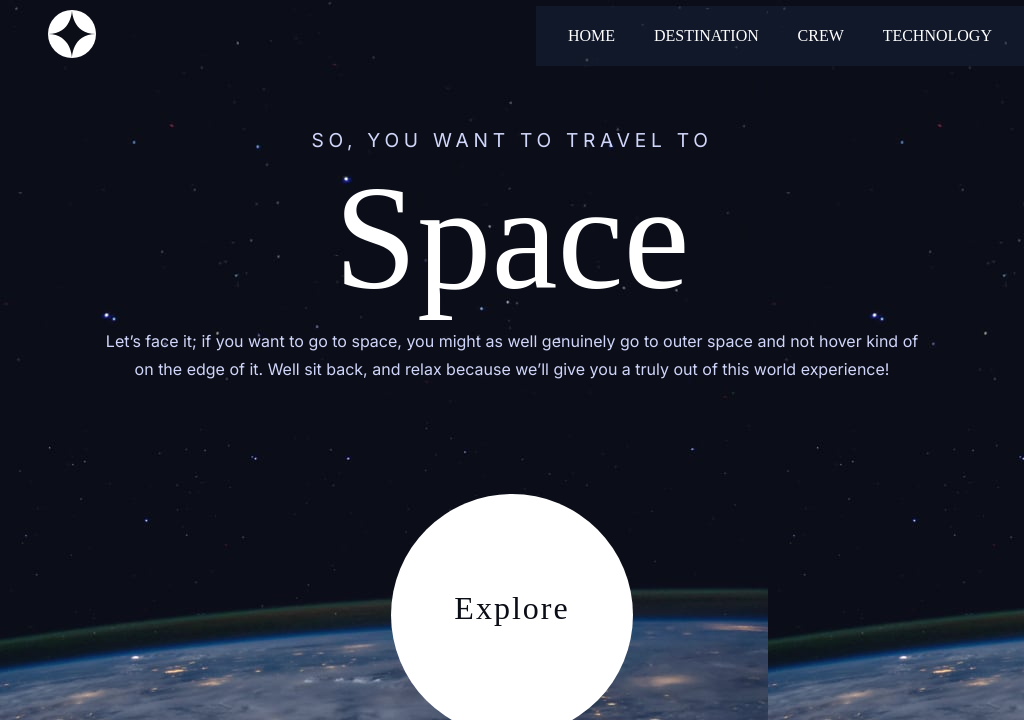
Repository: nilesjamex/space
Page: /
An editor plug-in stored every save of this project. The page is shown before and after the next save, followed by the edit.
The browser window is 1024 px wide. The pictures show the whole page.
Some web fonts or font styles are not loaded; a fallback is used. Some web libraries are served in a nearby version. The project was rebuilt for these pictures with package versions that can differ from the ones it lists, and the page was loaded fresh each time. The framework's server and built-in components were replaced by stand-ins that run in the browser. Also part of the build but not shown: next.config.js.

Above is the page before, as saved 2022-01-08 04:17:11.

### pages/_document.js
import Document, { Html, Head, Main, NextScript } from 'next/document'

class MyDocument extends Document {
  render() {
    return (
      <Html>
        <Head>
          <link rel="preconnect" href="https://fonts.googleapis.com" />
<link rel="preconnect" href="https://fonts.gstatic.com" crossOrigin />
<link href="https://fonts.googleapis.com/css2?family=Bellefair&display=swap" rel="stylesheet" />
        <link rel="preconnect" href="https://fonts.googleapis.com" />
<link rel="preconnect" href="https://fonts.gstatic.com" crossOrigin />
<link href="https://fonts.googleapis.com/css2?family=Barlow+Condensed:ital,wght@0,100;0,300;0,400;1,100&family=Inter&display=swap" rel="stylesheet" />
        </Head>
        <body>
          <Main />
          <NextScript />
        </body>
      </Html>
    )
  }
}

export default MyDocument

### pages/index.js
import Head from 'next/head';
import styles from '../styles/Home.module.css';
import Nav from "../Layout/Nav";
import Homee from './../Components/Home.js';

export default function Home() {
  return (
    <div className={styles.container}>
      <Head>
        <title>Create Next App</title>
        <meta name="description" content="Generated by create next app" />
        <link rel="icon" href="/favicon.ico" />
        <link rel="stylesheet" type="text/css" charset="UTF-8" href="https://cdnjs.cloudflare.com/ajax/libs/slick-carousel/1.6.0/slick.min.css" />
<link rel="stylesheet" type="text/css" href="https://cdnjs.cloudflare.com/ajax/libs/slick-carousel/1.6.0/slick-theme.min.css" />
      </Head>

      <main className={styles.main}>
       <Homee />
      </main>
    </div>
  )
}

### styles/globals.css
a {
  color: inherit;
  text-decoration: none;
}

*{
  margin: 0;
  padding: 0;
  box-sizing: border-box;
  max-width: 100%;
  max-height: 100vh;
  overflow-y: hidden;
}

li {
  list-style: none;
  cursor: pointer;
}

### styles/Home.module.css
.main {

}

### Layout/Nav.js
import React from 'react';
import styles from './nav.module.css';
import Link from 'next/link'

const Nav = ({children}) => {
    return (
       <div className={styles.navBody}>
        <nav className={styles.nav}>
         <div>
            <svg width="48" height="48" viewBox="0 0 48 48" fill="none" xmlns="http://www.w3.org/2000/svg">
<circle cx="24" cy="24" r="24" fill="white"/>
<path fillRule="evenodd" clipRule="evenodd" d="M24 0C24 0 24 24 0 24C23.5776 24.1714 24 48 24 48C24 48 24 24 48 24C24 24 24 0 24 0Z" fill="#0B0D17" />
</svg>
  </div>

<ul className={styles.ul}>
<li><Link href="/"> HOME </Link></li>
<li><Link href="/Destinations">DESTINATION </Link></li>
<li><Link href="/Crew">CREW</Link></li>
<li><Link href="/Technology">TECHNOLOGY</Link></li>
</ul>
        </nav>
      <div className={styles.mainBody}> {children} </div>
</div>
    )
}

export default Nav

### Components/Home.js
import React from 'react';
import Styles from './home.module.css';
import Nav from './../Layout/Nav';

const Home = () => {
    return (
        <div className={Styles.Homes} >
        <div className={Styles.nav}>
        <Nav />
        </div>
        <div>
        <div className={Styles.Home}>
        <div className={Styles.HomeText}>
            <h3 className={Styles.HomeTextsub}>So, you want to travel to </h3>
  <h1 className={Styles.HomeTextspace}>Space</h1>
  <h3 className={Styles.HomeTextsubs}>Let’s face it; if you want to go to space, you might as well genuinely go to
  outer space and not hover kind of on the edge of it. Well sit back, and relax
  because we’ll give you a truly out of this world experience! </h3>
  </div>
<div className={Styles.Explore}>
  <h2 className={Styles.ExploreText}>Explore</h2>
  </div>
  </div>
        </div>
        </div>
    )
}

export default Home

### Layout/nav.module.css
.nav {
    display: flex;
    justify-content: space-between;
    align-items: center;
    padding-left: 3rem;
    width: 100%;
    height: 10vh;

}

.ul {
    display: flex;
    width: 50%;
    justify-content: space-between;
    align-items: center;
    color: #fff;
    background-color: rgba(24, 36, 59, 0.5);
    height: 60px;
    padding: 0 2rem;

}

.navBody {
    height: 100%;
}

### Components/home.module.css
.Homes {
    background: url('../public/assets/home/background-home-desktop.jpg');
    background-size: cover;
    height: 100%;
}
.Home{
    display: flex;
    align-items: center;
    justify-content: space-around;
    height: 100vh;
    }
.HomeText {
    width: 40%;
}
.HomeTextsub {
    font-family: 'Barlow Condensed', sans-serif;
    font-family: 'Inter', sans-serif;
    font-style: normal;
    font-weight: normal;
    font-size: 1.9rem;
    line-height: 34px;
    letter-spacing: 4.725px;
    text-transform: uppercase;
    color: #D0D6F9;
}
.HomeTextspace {
    font-family: "Bellefair", serif;
    font-style: normal;
    font-weight: normal;
    font-size: 9.3rem;
    line-height: 172px;
    color: #FFFFFF;
    display: block;
    width: 80;
}
.HomeTextsubs {
    font-family: 'Barlow Condensed', sans-serif;
    font-family: 'Inter', sans-serif;
    font-style: normal;
    font-weight: normal;
    font-size: 1rem;
    line-height: 32px;
    color: #D0D6F9;
    text-align: left;
    width: 60%;
    margin-top: 0.2rem;
}
.Explore {
    height: 274px;
    width: 274px;
    background-color: #fff;
    border-radius: 50%;
}
.ExploreText {
    text-align: center;
    display: flex;
    justify-content: center;
    align-items: center;
    margin: 6rem auto;
    font-family: 'Bellefair', serif;
    font-style: normal;
    font-weight: normal;
    font-size: 2rem;
    line-height: 37px;
    letter-spacing: 2px;
    color: #0B0D17;
}

@media screen and (max-width: 1024px) {
    .Homes {
        background: url('../public/assets/home/background-home-tablet.jpg');
    }
    .Home{
        display: flex;
        flex-direction: column;
        }
        .HomeText {
            width: 80%;
            text-align: center;
        }
    .HomeTextsub {
        font-size: 1.2rem;
        line-height: 24px;
    }
    .HomeTextsubs {
        font-size: 1rem;
        line-height: 28px;
        text-align: center;
        width: 100%;
    }
    .Explore {
        height: 242px;
        width: 242px;
        background-color: #fff;
        border-radius: 50%;
    }
}

Loaded but not shown: pages/_app.js (common file)

After the next save:
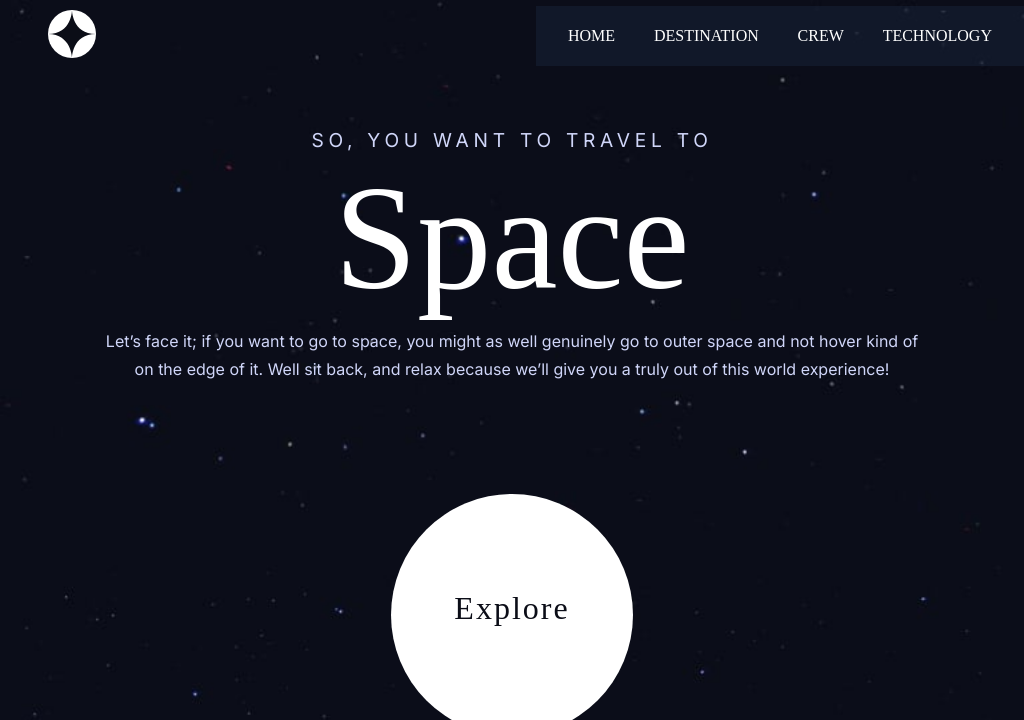
Saved 28 s later.
--- a/Components/home.module.css
+++ b/Components/home.module.css
@@ -69,6 +69,8 @@
 @media screen and (max-width: 1024px) {
     .Homes {
         background: url('../public/assets/home/background-home-tablet.jpg');
+        background-size: cover;
+    height: 100%;
     }
     .Home{
         display: flex;
